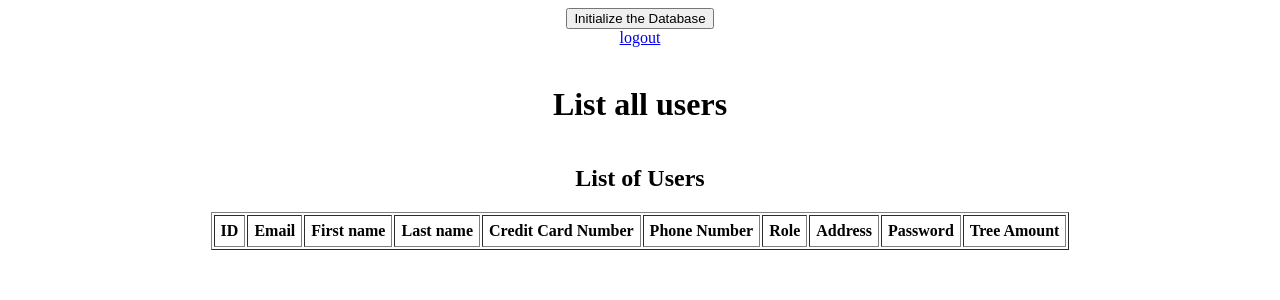
Repository: jrule5960/Tree-Cutting-Database
Page: http://localhost/database/rootView.jsp
The author's editor kept a copy of each file at every save. The page is drawn from the files as they stood at one save, then again after the next save.
The browser window is 1280 px wide. The pictures show the whole page.
The page is served by Tomcat 9. Other server files are loaded and not shown.

Above is the page before, as saved 2023-11-06 18:48:13.

### database/WebContent/rootView.jsp
<%@ page language="java" contentType="text/html; charset=ISO-8859-1"
    pageEncoding="ISO-8859-1"%>
 <%@taglib uri="http://java.sun.com/jsp/jstl/core" prefix="c" %>

<!DOCTYPE html>
<html>
<head>
<meta charset="ISO-8859-1">
<title>Root page</title>
</head>
<body>

<div align = "center">

	<form action = "initialize">
		<input type = "submit" value = "Initialize the Database"/>
	</form>
	<a href="login.jsp"target ="_self" > logout</a><br><br>

<h1>List all users</h1>
    <div align="center">
        <table border="1" cellpadding="6">
            <caption><h2>List of Users</h2></caption>
            <tr>
            	<th>ID</th>
                <th>Email</th>
                <th>First name</th>
                <th>Last name</th>
                <th>Credit Card Number</th>
                <th>Phone Number</th>
                <th>Role</th>
                <th>Address</th>
                <th>Password</th>
                <th>Tree Amount</th>
            </tr>
            <c:forEach var="users" items="${listUser}">
                <tr style="text-align:center">
                	<td><c:out value="${users.id}" /></td>
                    <td><c:out value="${users.email}" /></td>
                    <td><c:out value="${users.firstName}" /></td>
                    <td><c:out value="${users.lastName}" /></td>
                    <td><c:out value="${users.creditCardNumber}" /></td>
			        <td><c:out value="${users.phoneNumber}" /></td>
			        <td><c:out value="${users.role}" /></td>
                    <td><c:out value="${users.adress_street_num} ${users.adress_street} ${users.adress_city} ${users.adress_state} ${users.adress_zip_code}" /></td>
                    <td><c:out value="${users.password}" /></td>
                   <%-- <td><c:out value="${users.tree_amt}" /></td>--%>
            </c:forEach>
        </table>
	</div>
	</div>

</body>
</html>

After the next save:
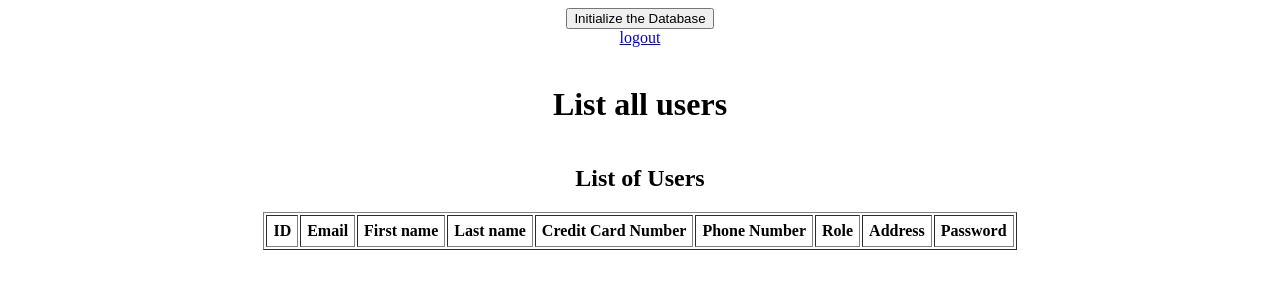
Saved 3 min 19 s later.
--- a/database/WebContent/rootView.jsp
+++ b/database/WebContent/rootView.jsp
@@ -31,7 +31,6 @@
                 <th>Role</th>
                 <th>Address</th>
                 <th>Password</th>
-                <th>Tree Amount</th>
             </tr>
             <c:forEach var="users" items="${listUser}">
                 <tr style="text-align:center">
@@ -44,7 +43,6 @@
 			        <td><c:out value="${users.role}" /></td>
                     <td><c:out value="${users.adress_street_num} ${users.adress_street} ${users.adress_city} ${users.adress_state} ${users.adress_zip_code}" /></td>
                     <td><c:out value="${users.password}" /></td>
-                   <%-- <td><c:out value="${users.tree_amt}" /></td>--%>
             </c:forEach>
         </table>
 	</div>
